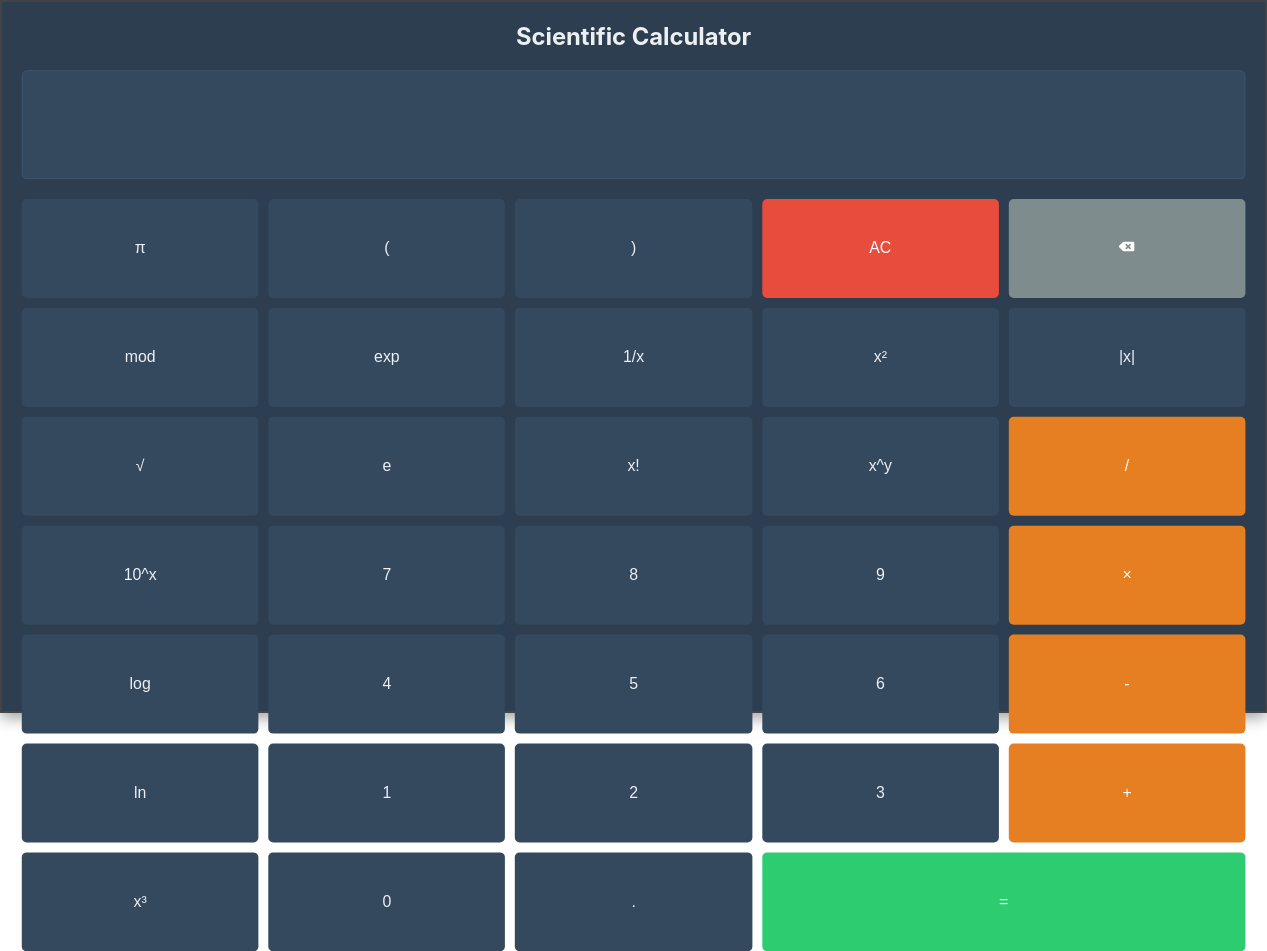
Repository: thesaherriaz/Calculator-React
Page: /
The author's editor kept a copy of each file at every save. The page is drawn from the files as they stood at one save, then again after the next save.
The browser window is 1280 px wide. The pictures show the whole page, at 99% of full size.
The project was rebuilt for these pictures with package versions that can differ from the ones it lists, and the page was loaded fresh each time.

Above is the page before, as saved 2025-06-20 12:57:25.

After the next save:
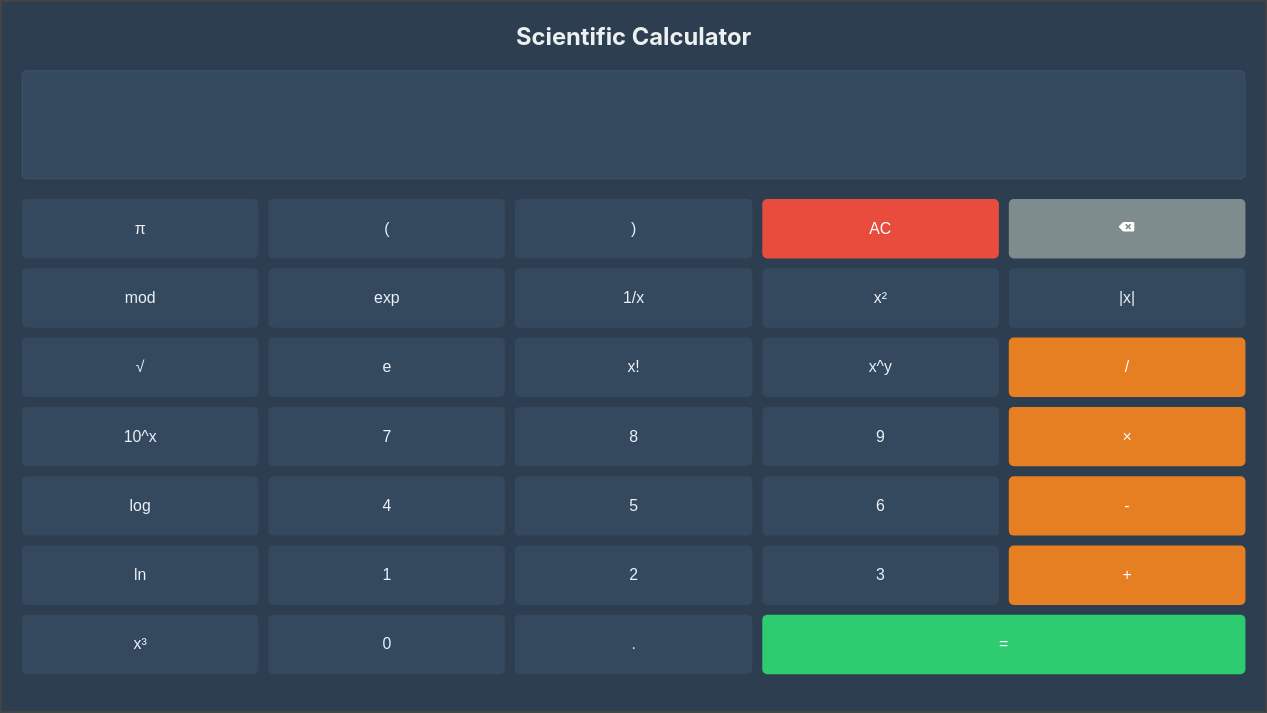
Saved 6 s later.
--- a/src/compnents/Calculator.css
+++ b/src/compnents/Calculator.css
@@ -55,7 +55,7 @@
 }
 
 button {
-    height: 100px;
+    height: 60px;
     padding: 15px;
     font-size: 1em;
     border: none;
